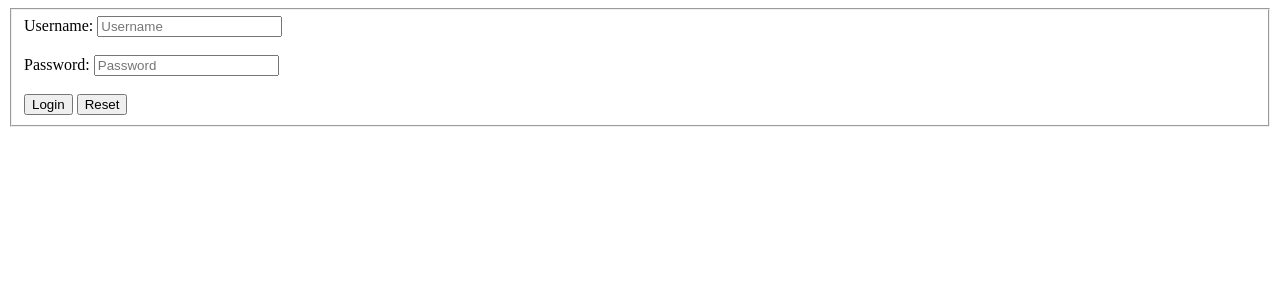
Repository: Roj13/cheapomail
Page: index.html
The author's editor kept a record of every edit. The page is drawn from the files as they stood at one moment, then again after the next edit.
The browser window is 1280 px wide. The pictures show the whole page.

Above is the page before.

### index.html
<!DOCTYPE html>
<html>

<head>

    <title>Cheapomail</title>


</head>




<body>

<form>
 <fieldset>
    <label for="log">Username: </label>
<input class= "user" type="text" placeholder="Username"/ required><br/><br/>
    <label for="pass">Password: </label>
<input class= "pass" type="password" placeholder="Password" required/><br/><br/>

<input class= "submit" type="submit" value="Login"/>

<input class= "reset" type="reset" value="Reset"/><br/>

  </fieldset>
</form>


</body>

</html>

After the next edit:
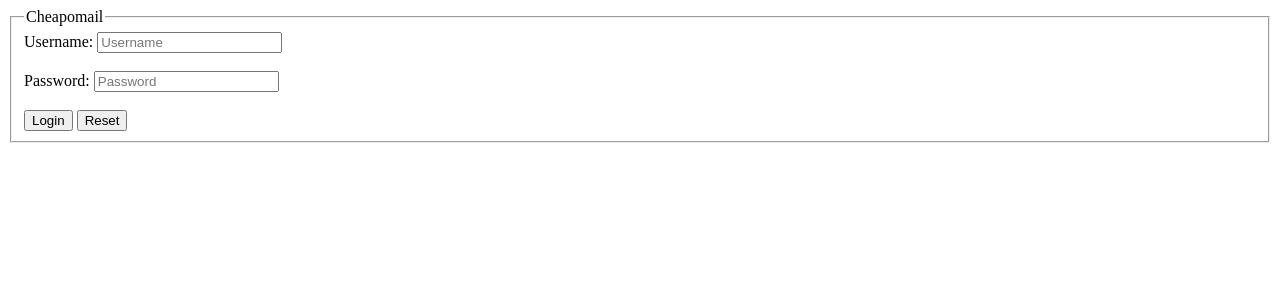
The edit:
--- a/index.html
+++ b/index.html
@@ -15,6 +15,7 @@
 
 <form>
  <fieldset>
+ <legend>Cheapomail</legend>
     <label for="log">Username: </label>
 <input class= "user" type="text" placeholder="Username"/ required><br/><br/>
     <label for="pass">Password: </label>
